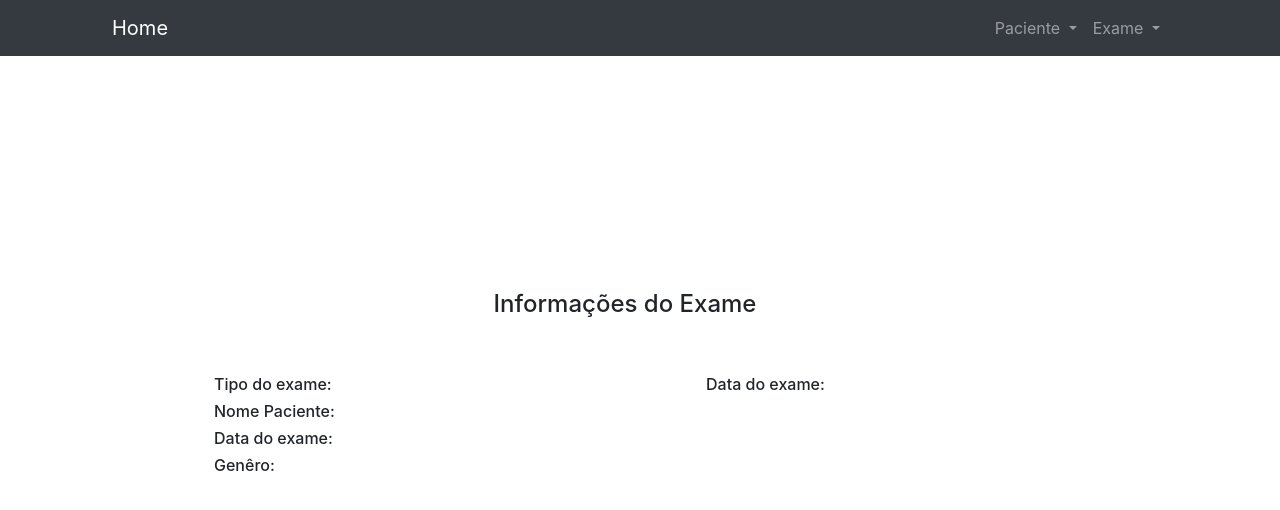
Repository: noobDevPRB/struts2_project
Page: http://localhost/Projeto_SOCTest/WEB-INF/jsp/exame/visualizar.jsp
These files come from the project's save history. The page is drawn as it stood at one moment and after the next save; the edit follows.
The browser window is 1280 px wide. The pictures show the whole page.
The page is served by Tomcat 9. Nobody is signed in. Other server files are loaded and not shown. The template is opened directly, without the code that normally fills it, so the values that code supplies are empty.

Above is the page before, as saved 2020-10-18 18:45:32.

### Projeto_SOCTest/WebContent/WEB-INF/jsp/exame/visualizar.jsp
<%@ page language="java" contentType="text/html; charset=ISO-8859-1" pageEncoding="ISO-8859-1"%>

<!DOCTYPE html>
<html>
<head>
<meta charset="ISO-8859-1">
	<meta charset="utf-8">
	<meta name="viewport" content="width=device-width, initial-scale=1, shrink-to-fit=no">
	<title>Soc Teste</title>
</head>
<body>

	<%@ include file="navBar.jsp"%>

	<div class="container custon-transley">
		<div class="row justify-content-center pb-5">
			<h4>Informações do Exame</h4>
		</div>
	  	<div class="row">
	  		<div class="col-lg-12 justify-content-center pl-5 ml-5">
			    <div class="container pl-5">
					<div class="row">
						<div class="col">
							<h6>Tipo do exame: ${exame.nm_exame}</h6>
						</div>
						<div class="col">
							<h6>Data do exame: ${exame.exm_data}</h6>
						</div>
					</div>

					<div class="row">
						<div class="col">
							<h6>Nome Paciente: ${exame.examePaciente.nm_cmplt}</h6>
						</div>
						<div class="col">
							<h6></h6>
						</div>
					</div>

					<div class="row">
						<div class="col">
							<h6>Data do exame: ${exame.exm_data}</h6>
						</div>
						<div class="col">
							<h6>${paciente.idade}</h6>
						</div>
					</div>

					<div class="row">
						<div class="col">
							<h6>Genêro:</h6>
						</div>
						<div class="col">
							<h6>${paciente.genero}</h6>
						</div>
					</div>
				</div>
			</div>
	  	</div>
	</div>
</body>
</html>

### Projeto_SOCTest/WebContent/WEB-INF/jsp/exame/navBar.jsp
<%@ page language="java" contentType="text/html; charset=ISO-8859-1" pageEncoding="ISO-8859-1"%>

<!DOCTYPE html>
<html>
<head>
	<!-- Required meta tags -->
	<meta charset="utf-8">
	<meta name="viewport" content="width=device-width, initial-scale=1, shrink-to-fit=no">
	<!-- Bootstrap CSS -->
  	<link rel="stylesheet" href="https://cdn.jsdelivr.net/npm/bootstrap@4.5.3/dist/css/bootstrap.min.css">
  	<link href="css/style.css" rel="stylesheet">
	<title>Soc Teste</title>
</head>

<body>
	<nav class="navbar navbar-expand-lg navbar-dark bg-dark">
		<a class="navbar-brand pl-5 ml-5" href="http://localhost:8080/Projeto_SOCTest/">Home</a>

		<div class="collapse navbar-collapse" id="navbarSupportedContent">
			<ul class="navbar-nav ml-auto pr-5 mr-5">
				<li class="nav-item dropdown">
					<a class="nav-link dropdown-toggle" href="#" id="navbarDropdown" role="button" data-toggle="dropdown" aria-haspopup="true" aria-expanded="false">
					Paciente
					</a>
					<div class="dropdown-menu" aria-labelledby="navbarDropdown">
						<a class="dropdown-item" href="http://localhost:8080/Projeto_SOCTest/navegarCadastroPaciente">Cadastro</a>
						<a class="dropdown-item" href="http://localhost:8080/Projeto_SOCTest/navegarListagemPacientes">Listagem</a>
					</div>
				</li>
				<li class="nav-item dropdown">
					<a class="nav-link dropdown-toggle" href="#" id="navbarDropdown" role="button" data-toggle="dropdown" aria-haspopup="true" aria-expanded="false">
					Exame
					</a>
					<div class="dropdown-menu" aria-labelledby="navbarDropdown">
						<a class="dropdown-item" href="http://localhost:8080/Projeto_SOCTest/navegarCadastroExame">Cadastro</a>
						<a class="dropdown-item" href="http://localhost:8080/Projeto_SOCTest/navegarListagemExames">Listagem</a>
					</div>
				</li>
			</ul>
		</div>
	</nav>
</body>
<script src="https://code.jquery.com/jquery-3.5.1.slim.min.js"></script>
<script src="https://cdn.jsdelivr.net/npm/bootstrap@4.5.3/dist/js/bootstrap.bundle.min.js"></script>
</html>

### Projeto_SOCTest/WebContent/css/style.css
* {
	box-sizing: border-box;
	margin: 0;
	padding: 0;
	outline:0;
	max-width: 100%;
}

html, body {
	min-height:100%;
	height:100%;
	max-width:100%
}

.custon-transley{
	position: relative;
	top: 50%;
	transform: translateY(-65%);
}

.custon-table {
	height: 700px;
	overflow: auto;
}

.botão-transparente{
	color: #007bff;;
	background-color: transparent!important;
	border: 0px!important;
	border-color: transparent!important;

}

.botão-transparente:hover{
	background-color: transparent!important;
	border: 0px!important;
	color: #0056b3;
    text-decoration: underline;
    border-color: transparent!important;
}

After the next save:
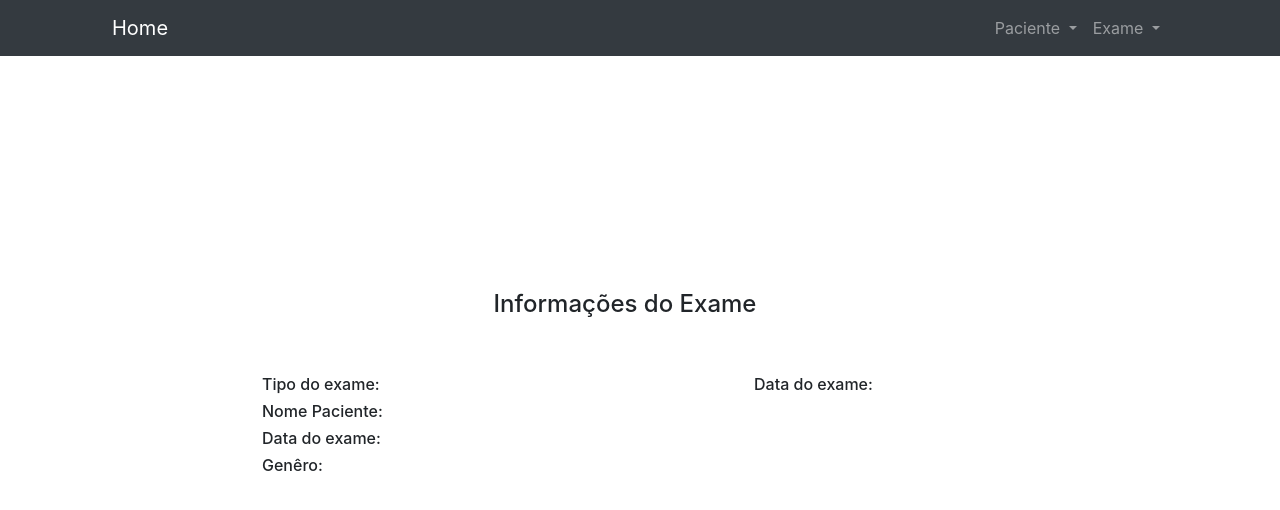
Saved 10 s later.
--- a/Projeto_SOCTest/WebContent/WEB-INF/jsp/exame/visualizar.jsp
+++ b/Projeto_SOCTest/WebContent/WEB-INF/jsp/exame/visualizar.jsp
@@ -18,7 +18,7 @@
 		</div>
 	  	<div class="row">
 	  		<div class="col-lg-12 justify-content-center pl-5 ml-5">
-			    <div class="container pl-5">
+			    <div class="container pl-5 ml-5">
 					<div class="row">
 						<div class="col">
 							<h6>Tipo do exame: ${exame.nm_exame}</h6>
